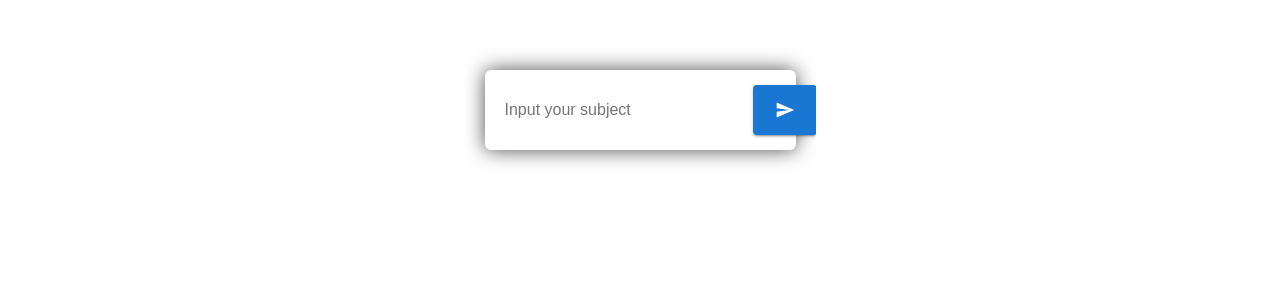
Repository: thienv29/todolist
Page: /
The author's editor kept a copy of each file at every save. The page is drawn from the files as they stood at one save, then again after the next save.
The browser window is 1280 px wide. The pictures show the whole page.
The project was rebuilt for these pictures with package versions that can differ from the ones it lists, and the page was loaded fresh each time. Also part of the build but not shown: src/components/TodoEditing.js, src/components/Todo.js.

Above is the page before, as saved 2021-10-22 17:27:09.

After the next save:
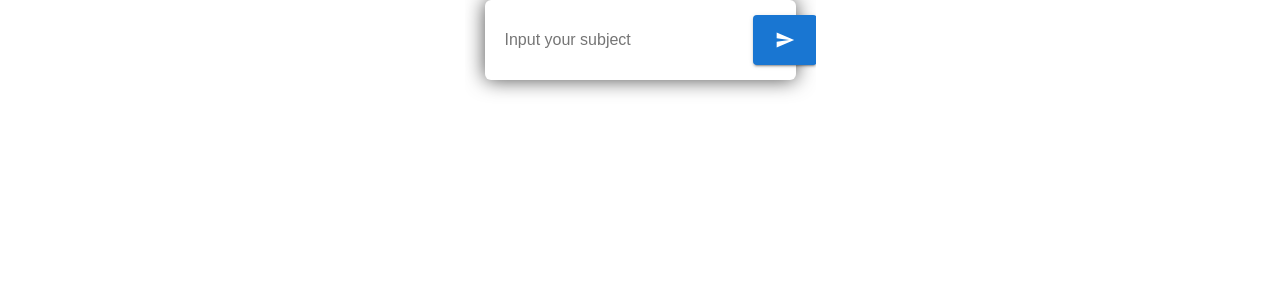
Saved 27 s later.
--- a/src/style.scss
+++ b/src/style.scss
@@ -13,7 +13,6 @@
 .main{
     width: 800px;
     height: 100%;
-    padding-top: 20%;
     padding-left: 20px;
     padding-right: 20px;
     overflow: hidden;

After the save that followed:
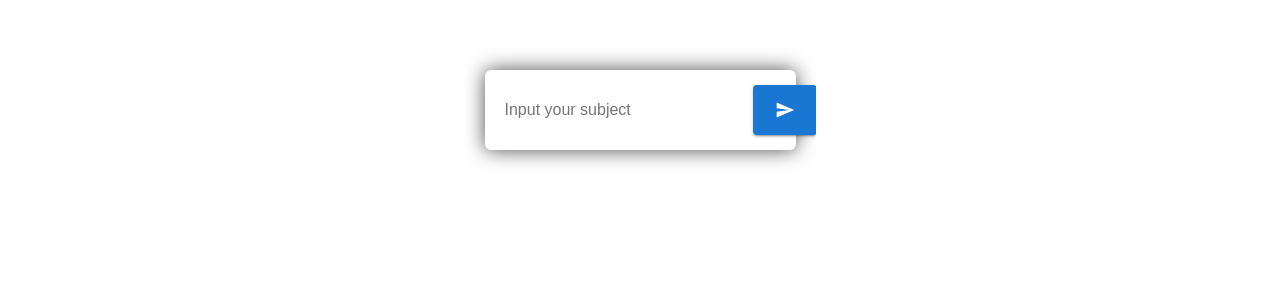
Saved 10 s later.
--- a/src/style.scss
+++ b/src/style.scss
@@ -13,6 +13,7 @@
 .main{
     width: 800px;
     height: 100%;
+    padding-top: 20%;
     padding-left: 20px;
     padding-right: 20px;
     overflow: hidden;
